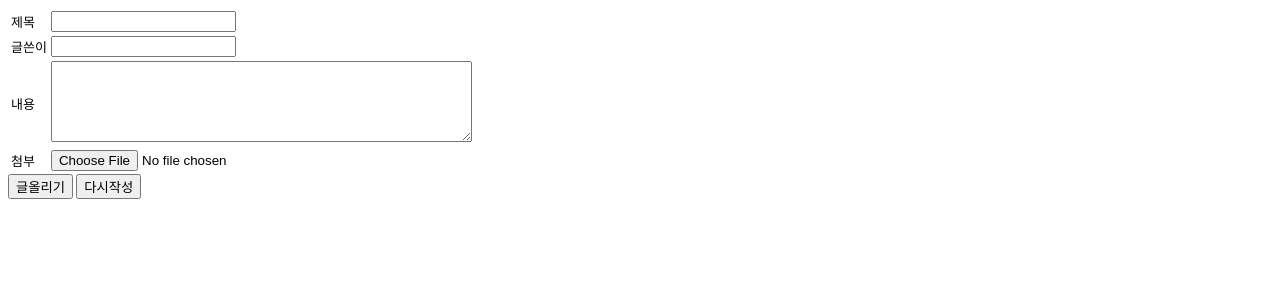
Repository: cartoon1110/KosaSwCourse
Page: http://localhost/JSPprogramming/exam_mvc/write_form.jsp
The author's editor kept a copy of each file at every save. The page is drawn from the files as they stood at one save, then again after the next save.
The browser window is 1280 px wide. The pictures show the whole page.
The page is served by Tomcat 9.

Above is the page before, as saved 2015-08-26 05:22:27.

After the next save:
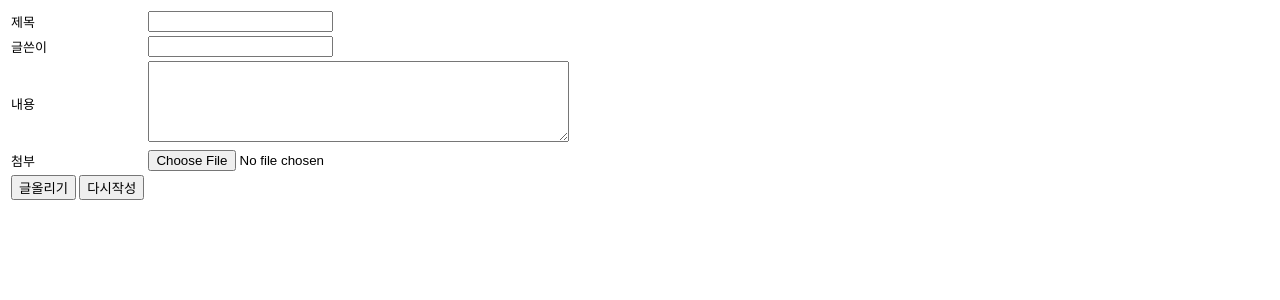
Saved 78 s later.
--- a/workspace-web/JSPprogramming/WebContent/exam_mvc/write_form.jsp
+++ b/workspace-web/JSPprogramming/WebContent/exam_mvc/write_form.jsp
@@ -34,9 +34,14 @@
 					<td>첨부</td>
 					<td><input type="file" name="attach"/></td>
 				</tr>
+				<tr>
+					<td>
+						<input type="submit" value="글올리기"/>
+						<input type="reset" value="다시작성"/>
+					</td>
+				</tr>
 			</table>
-			<input type="submit" value="글올리기"/>
-			<input type="reset" value="다시작성"/>
+
 		</form>
 	</body>
 </html>
